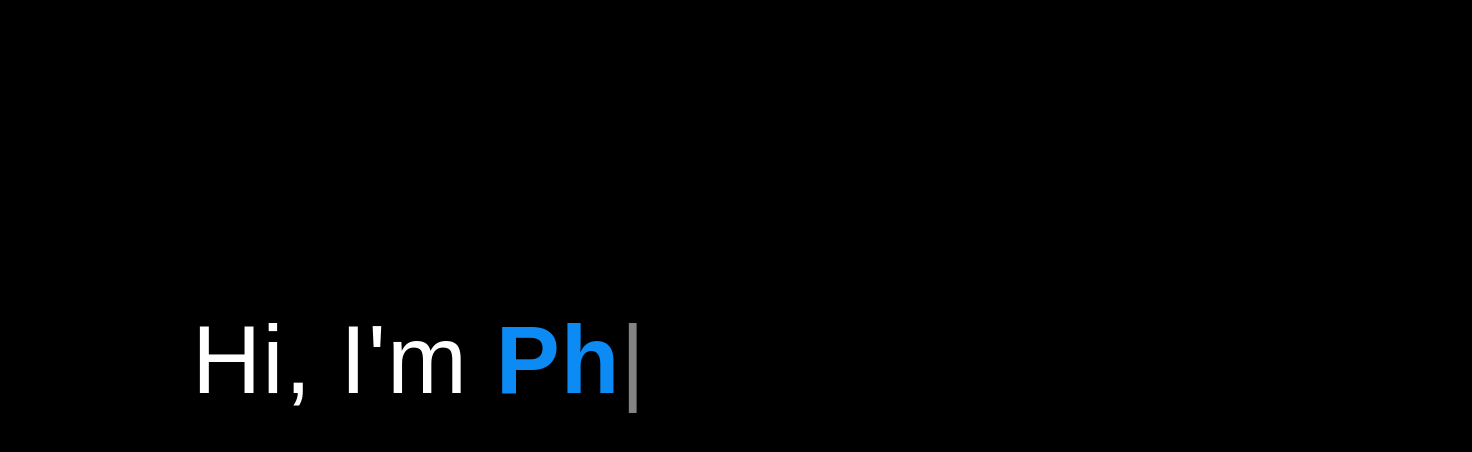
Repository: DevMike1993/Animations_HTML_CSS_JAVASCRIPT
Page: 03_Typing_Text_Animation_2/index.html
An editor plug-in stored every save of this project. The page is shown before and after a run of saves, followed by the edit.
The browser window is 1280 px wide. The page is 1472 px wide, so the pictures cover 1472 px, including what lies to the right of the window. The pictures show the whole page.
Some web libraries are served in a nearby version.

Above is the page before, as saved 2023-12-06 23:13:45.

### 03_Typing_Text_Animation_2/index.html
<!DOCTYPE html>
<html lang="en">
<head>
    <meta charset="UTF-8">
    <meta name="viewport" content="width=device-width, initial-scale=1.0">
    <link rel="stylesheet" href="style.css">
    <title>Typing Text Animation 2</title>
</head>
<body>
    <div class="wrapper">
        <span>Hi, I'm <span class="multiText">Coder</span></span>
    </div>

    <script src="https://unpkg.com/typed.js@2.1.0/dist/typed.umd.js"></script>
    <script>
        var typingEffect = new Typed(".multiText",{
            strings : ["Coder", "Blogger", "Ph"]
        })

    </script>

</body>
</html>

### 03_Typing_Text_Animation_2/style.css
* {
    margin: 0;
    padding: 0;
    font-family: "Montserrat", sans-serif;
    box-sizing: border-box;
}


body {
    display: grid;
    min-height: 100vh;
    place-items: center;
    background: #000;
    background-size: cover;
}

.wrapper {
    color: #fff;
    position: absolute;
    width: 100%;
    left: 15%;
}

span {
    color: #fff;
    font-size: 7.5vw;
    font-weight: 500;
    letter-spacing: 1px;
}

.multiText {
    font-weight: 800;
    color: rgb(11, 139, 243);
    text-transform: capitalize;

}

After the next 3 saves:
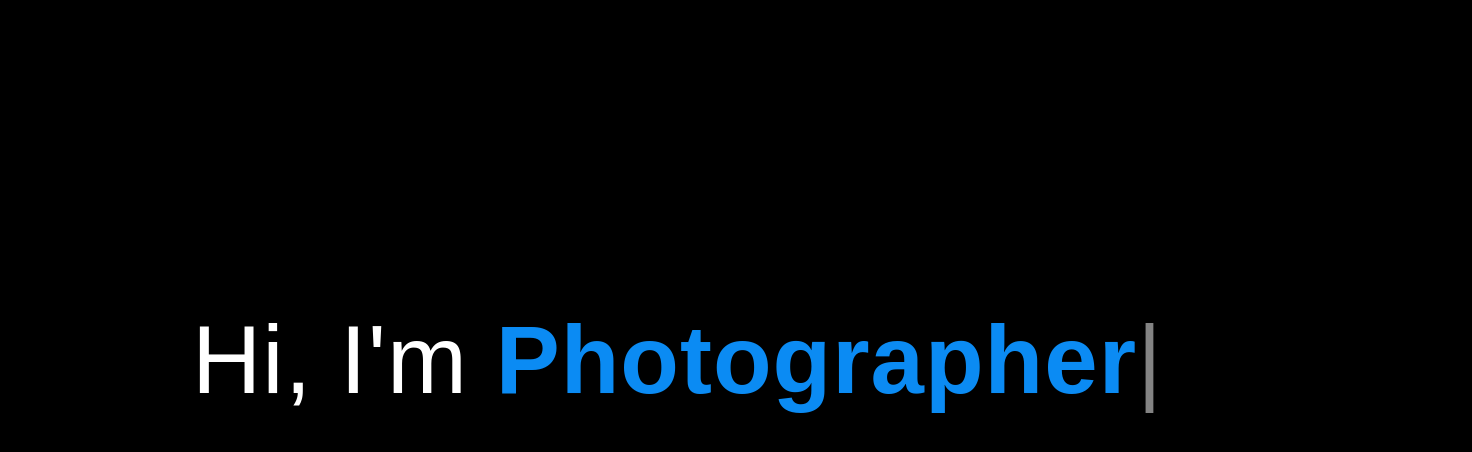
The 3 saves are shown as one change because they came seconds apart.
The last was saved 9 s later.
--- a/03_Typing_Text_Animation_2/index.html
+++ b/03_Typing_Text_Animation_2/index.html
@@ -14,7 +14,7 @@
     <script src="https://unpkg.com/typed.js@2.1.0/dist/typed.umd.js"></script>
     <script>
         var typingEffect = new Typed(".multiText",{
-            strings : ["Coder", "Blogger", "Ph"]
+            strings : ["Coder", "Blogger", "Photographer", ]
         })
 
     </script>
